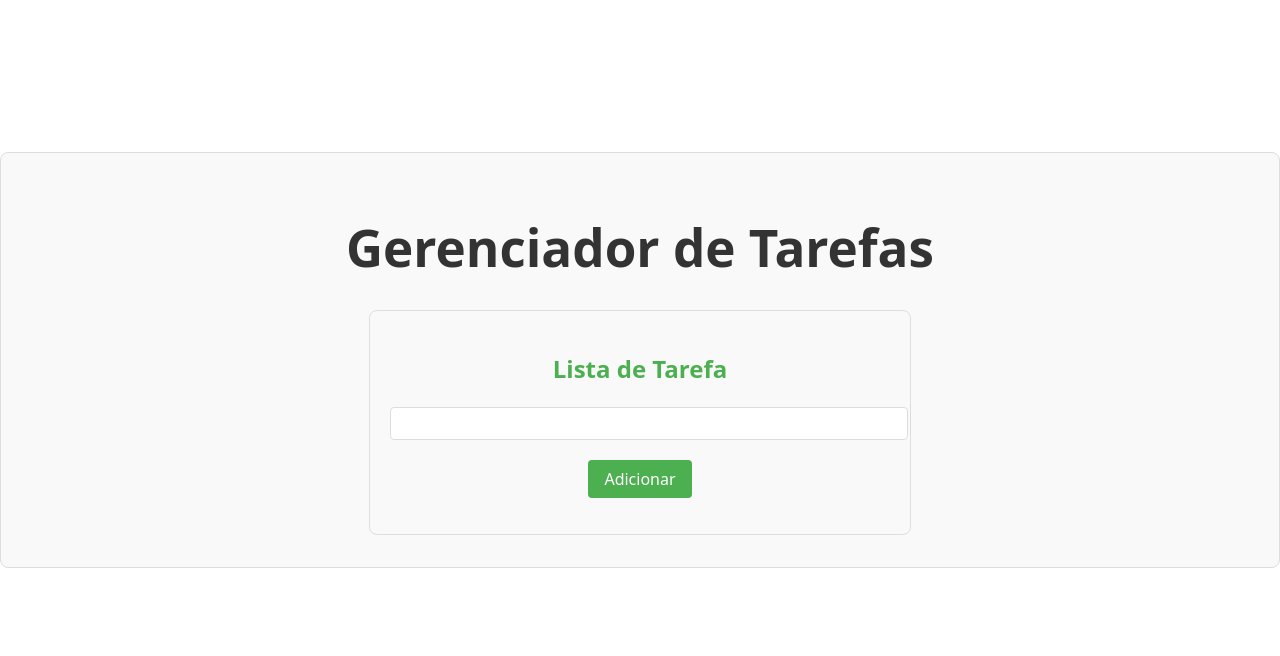
Repository: matheusarrabal12/todo
Page: /
The author's editor kept a copy of each file at every save. The page is drawn from the files as they stood at one save, then again after the next save.
The browser window is 1280 px wide. The pictures show the whole page.
The project was rebuilt for these pictures with package versions that can differ from the ones it lists, and the page was loaded fresh each time. Also part of the build but not shown: vite.config.js.

Above is the page before, as saved 2025-04-03 15:07:55.

### src/App.jsx
import ListaTarefas from './components/ListaTarefas';

import './App.css';

function App() {
  return(
    < >
    <h1>Gerenciador de Tarefas</h1>
    <ListaTarefas />
    </>
  ) ;
}

export default App;

### src/components/ListaTarefas.jsx
import { useState } from "react";
import './ListaTarefas.css'

function ListaTarefas () {
    const [tarefas, setTarefa] = useState([])
    const [novaTarefa, setNovaTarefa] = useState("");

    const adicionarTarefa = () => {
        if (novaTarefa.trim()  !== "") {
            setTarefa([...tarefas, novaTarefa]);
            setNovaTarefa("");
    }
};

const removerTarefa = (indice) => {
    setTarefa(tarefas.filter((_, i) => i !== indice));
};

    return (
        <div>
        <h2> Lista de Tarefa</h2>
        <input
            type="text"
            value={novaTarefa}
            onChange={(e) => setNovaTarefa(e.target.value)}
        />
        <button onClick={adicionarTarefa}>Adicionar</button>
        <ul>
            {tarefas.map((tarefa, indice) => (
                <li key={indice}>
                    {tarefa} <button onClick={() =>
                        removerTarefa(indice)}>Remover</button>
                </li>
            ))}
        </ul>
        </div>
    );
}

export default ListaTarefas;

### src/components/ListaTarefas.css
/* Estilos para a lista de tarefas */
h2 {
    text-align: center;
    color: #4caf50;
  }

  h1 {
    text-align: center;
    color: #333;
  }

  div {
    width: 100%;
    max-width: 500px;
    margin: 0 auto;
    padding: 20px;
    border: 1px solid #ddd;
    border-radius: 8px;
    background-color: #f9f9f9;
  }

  input[type="text"] {
    width: 100%;
    padding: 8px;
    margin-bottom: 10px;
    border: 1px solid #ddd;
    border-radius: 4px;
  }

  button {
    padding: 8px 16px;
    background-color: #4caf50;
    color: white;
    border: none;
    border-radius: 4px;
    cursor: pointer;
    font-size: 16px;
    margin-top: 10px;
  }

  button:hover {
    background-color: #45a049;
  }

  ul {
    list-style-type: none;
    padding: 0;
  }

  li {
    display: flex;
    justify-content: space-between;
    align-items: center;
    padding: 10px;
    margin-bottom: 8px;
    background-color: #fff;
    border: 1px solid #ddd;
    border-radius: 4px;
  }

  li.concluida {
    text-decoration: line-through;
    background-color: #e0e0e0;
  }

  button.remover {
    background-color: #f44336;
  }

  button.remover:hover {
    background-color: #e53935;
  }

  button.marcar-concluida {
    background-color: #2196f3;
  }

  button.marcar-concluida:hover {
    background-color: #1976d2;
  }

  #ordenacao {
    margin-top: 20px;
    display: flex;
    justify-content: space-between;
  }

  #ordenacao select {
    padding: 8px;
    font-size: 16px;
    border-radius: 4px;
    border: 1px solid #ddd;
  }

Loaded but not shown: index.html (common file); src/main.jsx (common file); src/index.css (common file); src/App.css (common file)

After the next save:
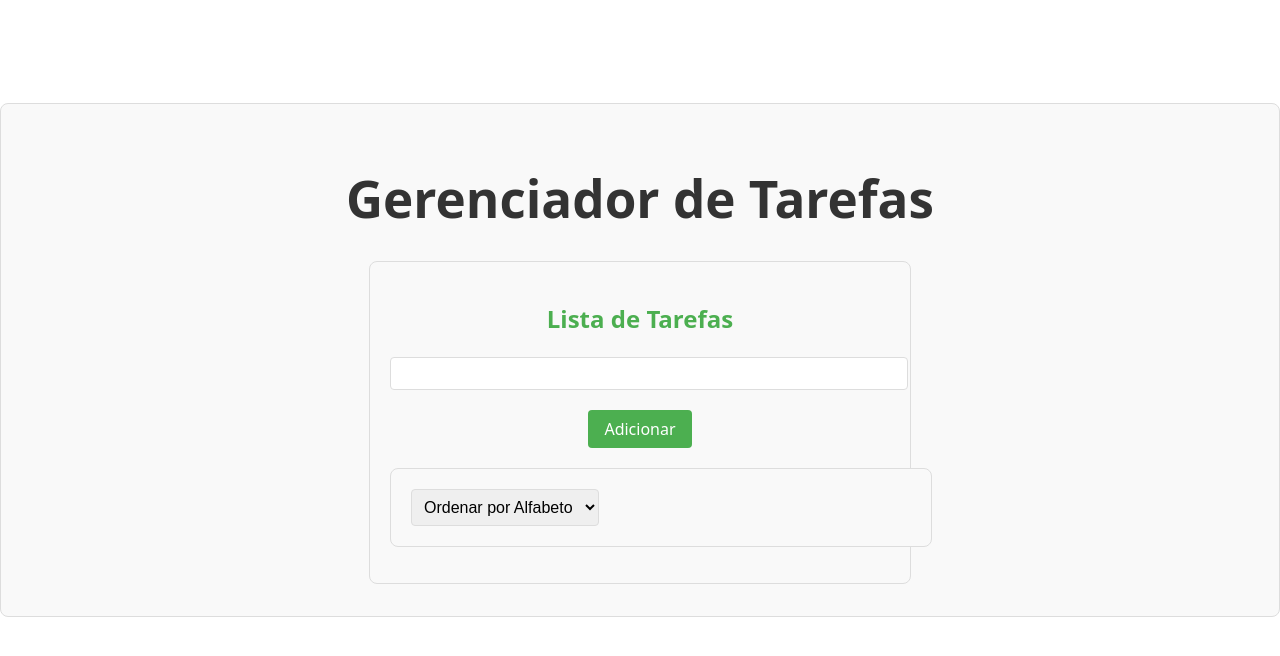
Saved 2 min 0 s later.
--- a/src/components/ListaTarefas.jsx
+++ b/src/components/ListaTarefas.jsx
@@ -1,40 +1,85 @@
-import { useState } from "react";
-import './ListaTarefas.css'
+import { useState, useEffect } from "react";
+import './ListaTarefas.css';
 
-function ListaTarefas () {
-    const [tarefas, setTarefa] = useState([])
-    const [novaTarefa, setNovaTarefa] = useState("");
+function ListaTarefas() {
+  const [tarefas, setTarefa] = useState([]);
+  const [novaTarefa, setNovaTarefa] = useState("");
+  const [ordenacao, setOrdenacao] = useState("alfabetica");
 
-    const adicionarTarefa = () => {
-        if (novaTarefa.trim()  !== "") {
-            setTarefa([...tarefas, novaTarefa]);
-            setNovaTarefa("");
+  useEffect(() => {
+    // Recupera as tarefas do localStorage ao carregar a página
+    const tarefasSalvas = JSON.parse(localStorage.getItem("tarefas"));
+    if (tarefasSalvas) {
+      setTarefa(tarefasSalvas);
     }
-};
+  }, []);
 
-const removerTarefa = (indice) => {
+  useEffect(() => {
+    // Salva as tarefas no localStorage sempre que a lista mudar
+    localStorage.setItem("tarefas", JSON.stringify(tarefas));
+  }, [tarefas]);
+
+  const adicionarTarefa = () => {
+    if (novaTarefa.trim() !== "") {
+      const novaTarefaObj = { texto: novaTarefa, concluida: false, dataAdicao: new Date() };
+      setTarefa([...tarefas, novaTarefaObj]);
+      setNovaTarefa("");
+    }
+  };
+
+  const removerTarefa = (indice) => {
     setTarefa(tarefas.filter((_, i) => i !== indice));
-};
+  };
 
-    return (
-        <div>
-        <h2> Lista de Tarefa</h2>
-        <input
-            type="text"
-            value={novaTarefa}
-            onChange={(e) => setNovaTarefa(e.target.value)}
-        />
-        <button onClick={adicionarTarefa}>Adicionar</button>
-        <ul>
-            {tarefas.map((tarefa, indice) => (
-                <li key={indice}>
-                    {tarefa} <button onClick={() =>
-                        removerTarefa(indice)}>Remover</button>
-                </li>
-            ))}
-        </ul>
-        </div>
-    );
+  const marcarTarefaConcluida = (indice) => {
+    const novasTarefas = [...tarefas];
+    novasTarefas[indice].concluida = !novasTarefas[indice].concluida;
+    setTarefa(novasTarefas);
+  };
+
+  const ordenarTarefas = (criterio) => {
+    let tarefasOrdenadas = [...tarefas];
+    if (criterio === "alfabetica") {
+      tarefasOrdenadas.sort((a, b) => a.texto.localeCompare(b.texto));
+    } else if (criterio === "data") {
+      tarefasOrdenadas.sort((a, b) => b.dataAdicao - a.dataAdicao);
+    }
+    setTarefa(tarefasOrdenadas);
+    setOrdenacao(criterio);
+  };
+
+  return (
+    <div>
+      <h2>Lista de Tarefas</h2>
+      <input
+        type="text"
+        value={novaTarefa}
+        onChange={(e) => setNovaTarefa(e.target.value)}
+      />
+      <button onClick={adicionarTarefa}>Adicionar</button>
+
+      <div id="ordenacao">
+        <select value={ordenacao} onChange={(e) => ordenarTarefas(e.target.value)}>
+          <option value="alfabetica">Ordenar por Alfabeto</option>
+          <option value="data">Ordenar por Data</option>
+        </select>
+      </div>
+
+      <ul>
+        {tarefas.map((tarefa, indice) => (
+          <li key={indice} className={tarefa.concluida ? "concluida" : ""}>
+            {tarefa.texto}
+            <div>
+              <button className="marcar-concluida" onClick={() => marcarTarefaConcluida(indice)}>
+                {tarefa.concluida ? "Desmarcar" : "Concluir"}
+              </button>
+              <button className="remover" onClick={() => removerTarefa(indice)}>Remover</button>
+            </div>
+          </li>
+        ))}
+      </ul>
+    </div>
+  );
 }
 
 export default ListaTarefas;
